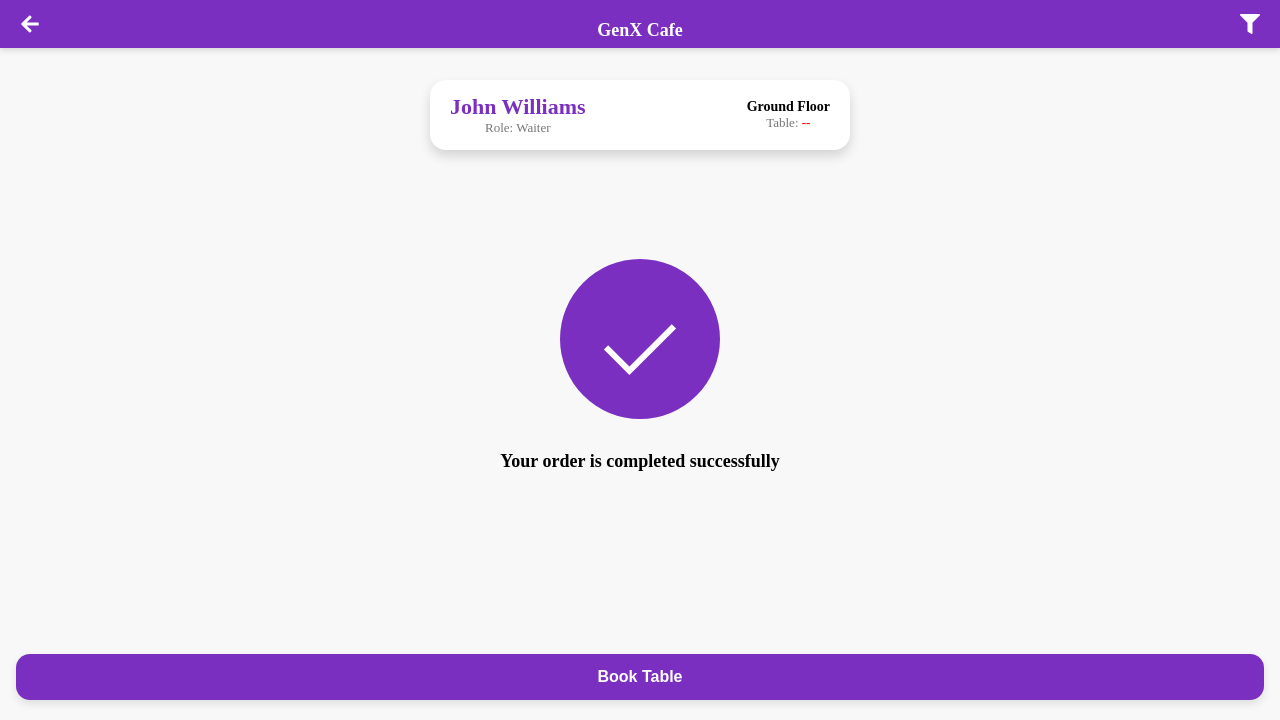
Repository: rajeshwaranslv/sturdy-spork-genx-frontend
Page: /success
These files come from the project's save history. The page is drawn as it stood at one moment and after the next save; the edit follows.
The browser window is 1280 px wide. The pictures show the whole page.
The project was rebuilt for these pictures with package versions that can differ from the ones it lists, and the page was loaded fresh each time. Also part of the build but not shown: src/components/TableSelection.js, src/components/menu.css, src/components/MenuSelection.js, src/components/order.css, src/components/OrderReview.js, src/components/Billing.js.

Above is the page before, as saved 2025-07-16 17:19:35.

After the next save:
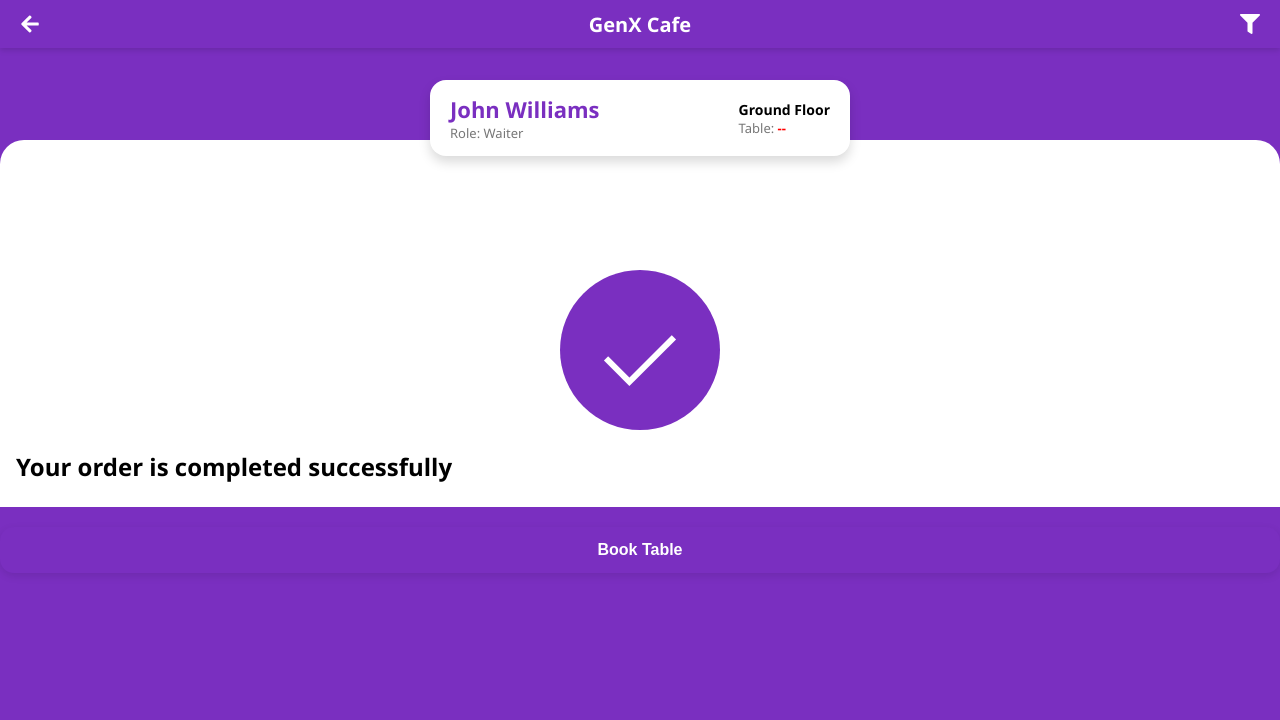
Saved 41 s later.
--- a/src/components/Success.js
+++ b/src/components/Success.js
@@ -23,15 +23,15 @@ function Success({ history, location }) {
   };
 
   return (
-    <div className="success-page">
-      {/* ✅ Header */}
+    <div className="container-fluid">
+      {/* ✅ Header Bar */}
       <div className="header-bar">
         <FaArrowLeft className="icon" onClick={() => history.push('/')} />
         <h2>GenX Cafe</h2>
         <FaFilter className="icon" />
       </div>
 
-      {/* ✅ Waiter Card */}
+      {/* ✅ Floating Waiter Card */}
       <div className="waiter-card">
         <div className="waiter-left">
           <strong className="waiter-name">{waiter.name}</strong>
@@ -45,16 +45,16 @@ function Success({ history, location }) {
         </div>
       </div>
 
-      {/* ✅ Main Success Body */}
-      <main className="success-body">
+      {/* ✅ Main White Rounded Container */}
+      <div className="table-section">
         <div className="checkmark-circle">
           <div className="checkmark" />
         </div>
-        <h2>Your order is completed successfully</h2>
-      </main>
+        <h2 className="success-text">Your order is completed successfully</h2>
+      </div>
 
       {/* ✅ Footer Button */}
-      <button className="footer-btn" onClick={() => history.push('/')}>
+      <button className="select-btn" onClick={() => history.push('/')}>
         Book Table
       </button>
     </div>
